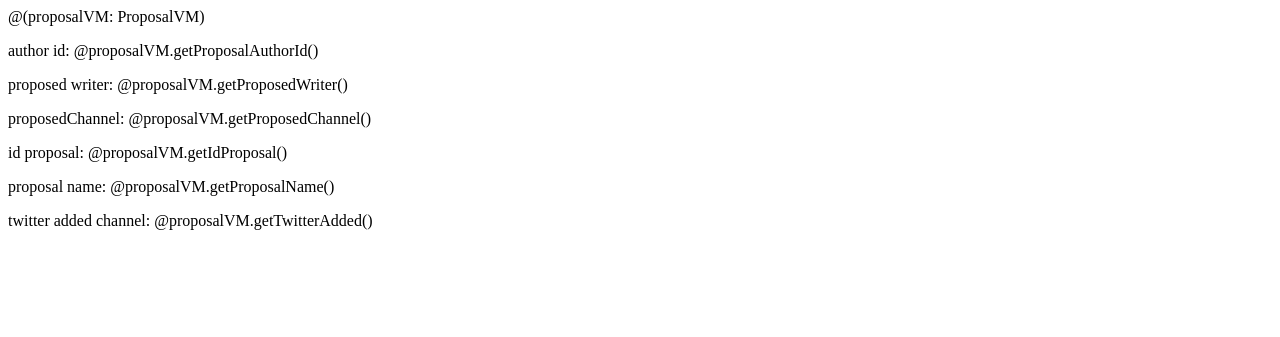
Repository: spirale-software/labo_master
Page: Application/oneDotCom/app/views/propositionTest.scala.html
These files come from the project's save history. The page is drawn as it stood at one moment and after the next save; the edit follows.
The browser window is 1280 px wide. The pictures show the whole page.

Above is the page before, as saved 2017-04-05 12:03:30.

### Application/oneDotCom/app/views/propositionTest.scala.html
@(proposalVM: ProposalVM)

<p>author id: @proposalVM.getProposalAuthorId()</p>

<p>proposed writer: @proposalVM.getProposedWriter()</p>

<p>proposedChannel: @proposalVM.getProposedChannel()</p>

<p>id proposal: @proposalVM.getIdProposal()</p>

<p>proposal name: @proposalVM.getProposalName()</p>

<p>twitter added channel: @proposalVM.getTwitterAdded()</p>

After the next save:
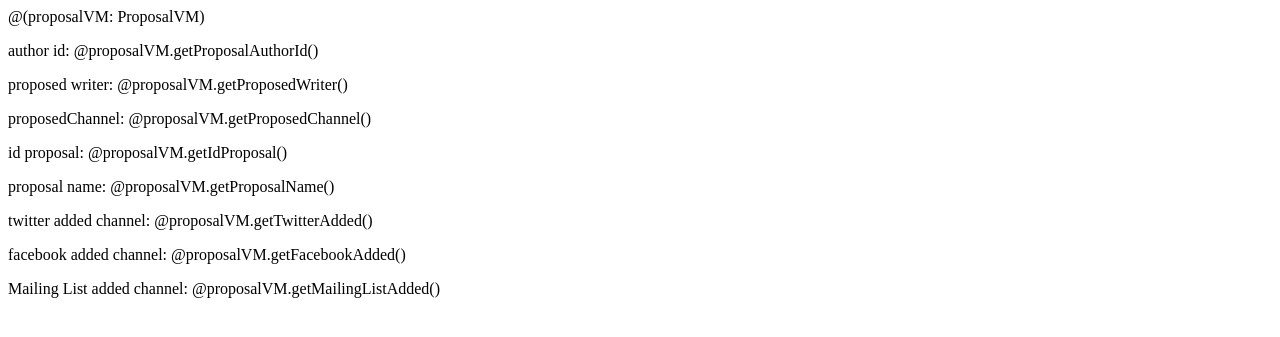
Saved 47 s later.
--- a/Application/oneDotCom/app/views/propositionTest.scala.html
+++ b/Application/oneDotCom/app/views/propositionTest.scala.html
@@ -11,3 +11,5 @@
 <p>proposal name: @proposalVM.getProposalName()</p>
 
 <p>twitter added channel: @proposalVM.getTwitterAdded()</p>
+<p>facebook added channel: @proposalVM.getFacebookAdded()</p>
+<p>Mailing List added channel: @proposalVM.getMailingListAdded()</p>
